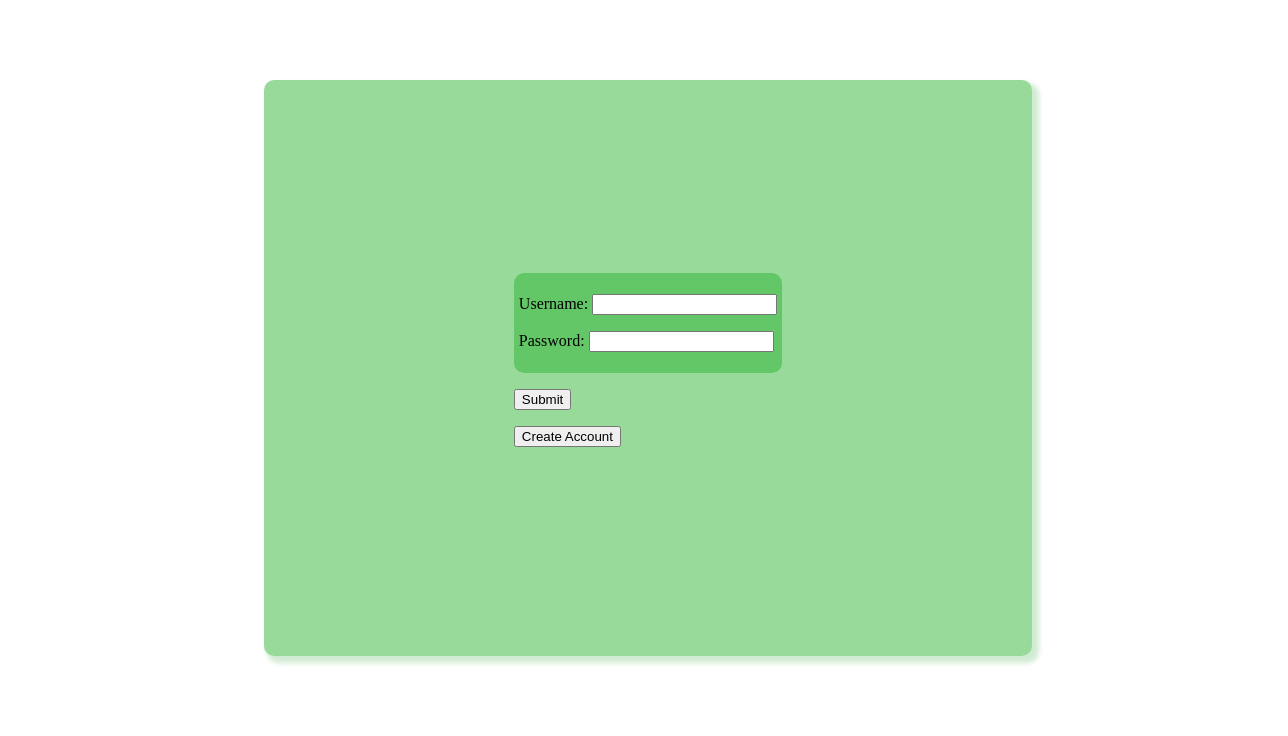
Repository: Jtho28/4830-group-project
Page: Esports-webproj/src/main/webapp/WEB-INF/Login.html
An editor plug-in stored every save of this project. The page is shown before and after the next save, followed by the edit.
The browser window is 1280 px wide. The page is 1288 px wide, so the pictures cover 1288 px, including what lies to the right of the window. The pictures show the whole page.

Above is the page before, as saved 2022-11-16 21:28:30.

After the next save:
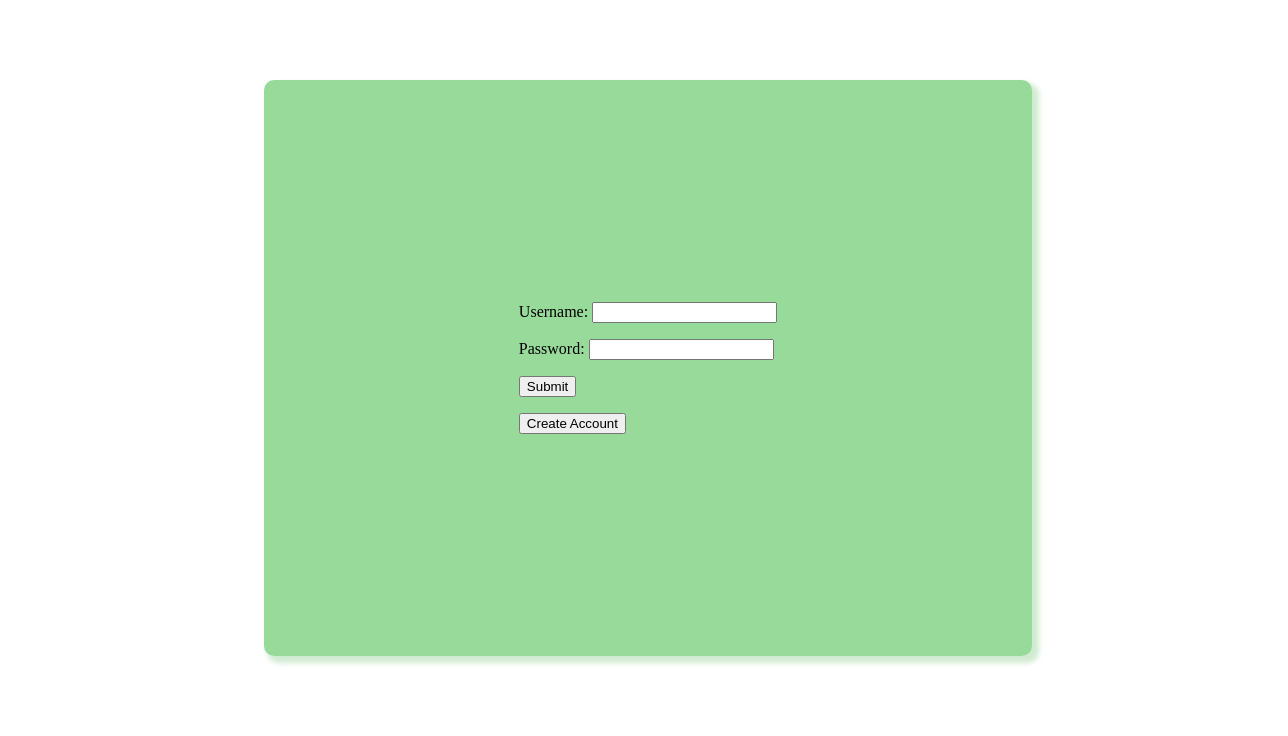
Saved 51 min 14 s later.
--- a/Esports-webproj/src/main/webapp/WEB-INF/login.css
+++ b/Esports-webproj/src/main/webapp/WEB-INF/login.css
@@ -26,14 +26,7 @@ body {
 	background: rgba(50, 181, 55, .5);
 }
 
-.login .fields{
-	background: rgba(50, 181, 55, .5);
-	border-radius: 10px;
-	padding-top: 5px;
-  	padding-right: 5px;
-  	padding-bottom: 5px;
-  	padding-left: 5px;
-}
+
 
 h1 {
 	color: yellow;
